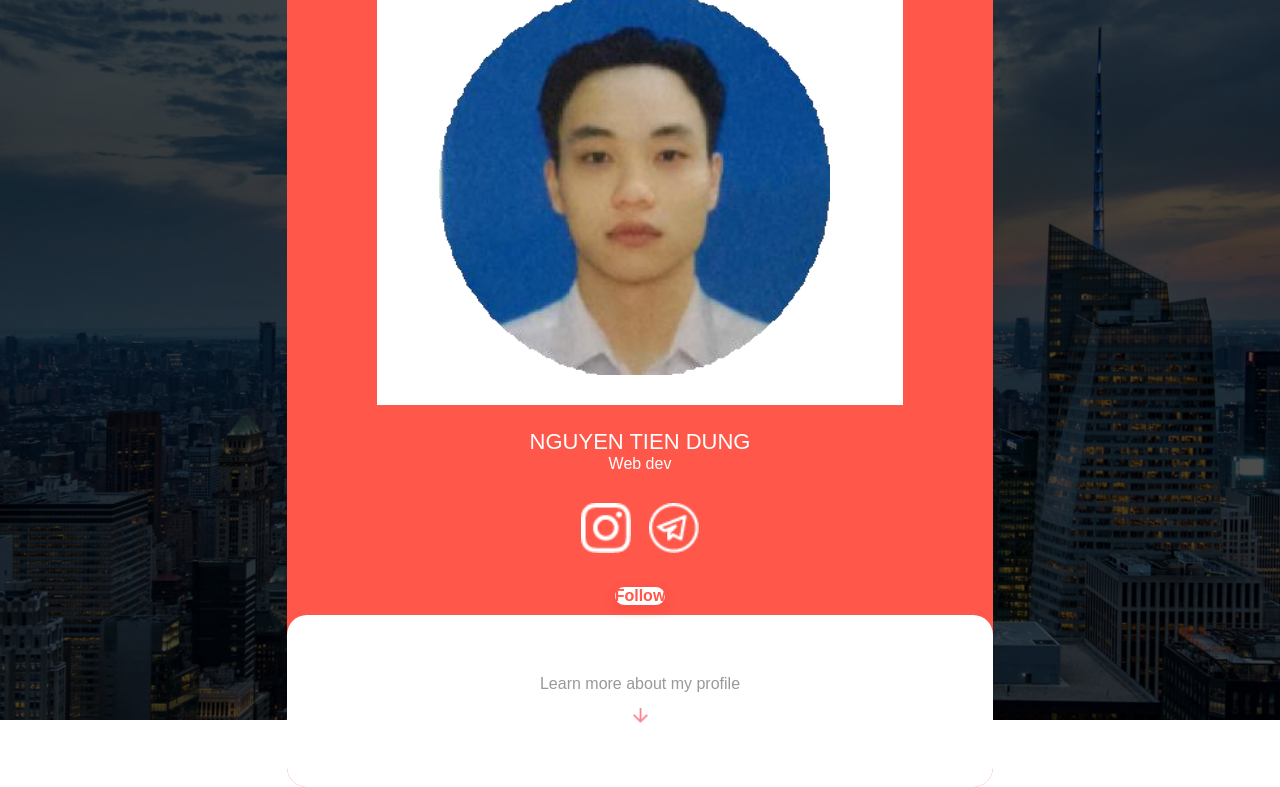
Repository: linhvuong864/profile
Page: Nguyen Tien Dung/index.html
The author's editor kept a copy of each file at every save. The page is drawn from the files as they stood at one save, then again after the next save.
The browser window is 1280 px wide. The pictures show the whole page.

Above is the page before, as saved 2023-02-27 23:46:22.

### Nguyen Tien Dung/index.html
<!DOCTYPE html>
<html lang="en">
  <head>
    <meta charset="UTF-8" />
    <meta http-equiv="X-UA-Compatible" content="IE=edge" />
    <meta name="viewport" content="width=device-width, initial-scale=1.0" />
    <title>Profile: Nguyen Tien Dung</title>
    <link rel="stylesheet" href="style.css" />
  </head>
  <body>
    <div class="container">
      <div class="profile-box">
        <img src="images/menu.png" class="menu-icon" />
        <img src="images/setting.png" class="setting-icon" />
        <img src="images/profile-pic.png" class="profile-pic" />
        <h3>NGUYEN TIEN DUNG</h3>
        <p>Web dev</p>
        <div class="social-media">
          <img src="images/instagram.png" />
          <img src="images/telegram.png" />
        </div>
        <button type="button">Follow</button>
        <div class="profile-bottom">
          <p>Learn more about my profile</p>
          <img src="images/arrow.png" alt="" />
        </div>
      </div>
    </div>
  </body>
</html>

### Nguyen Tien Dung/style.css
* {
  margin: 0;
  padding: 0;
  box-sizing: border-box;
  font-family: "poppins", sans-serif;
}
.container {
  width: 100%;
  height: 100vh;
  background-image: url(images/background.png);
  background-size: cover;
  background-position: center;
  display: flex;
  align-items: center;
  justify-content: center;
}
.profile-box {
  background: #ff574a;
  text-align: center;
  padding: 40px 90px;
  color: #fff;
  position: relative;
  border-radius: 20px;
}
.menu-icon {
  width: 25px;
  position: absolute;
  left: 40px;
  top: 40px;
}
.setting-icon {
  width: 25px;
  position: absolute;
  right: 40px;
  top: 40px;
}

.profile-bottom {
  background-color: #fff;
  color: #999;
  padding: 60px 0;
  margin-left: -90px;
  margin-right: -90px;
  margin-bottom: -40px;
  border-radius: 20px;
  margin-top: 10px;
}

.profile-bottom img {
  width: 15px;
  margin-top: 15px;
  cursor: pointer;
}
.profile-box button {
  background: #fff;
  color: #ff574a;
  border: none;
  outline: none;
  box-shadow: 0 5px 10px rgb(244, 67, 54, 0.5);
  border-radius: 10px;
  margin-bottom: -50px;
  font-weight: 600;
  font-size: 16px;
}
.profile-box h3 {
  font-size: 22px;
  margin-top: 20px;
  font-weight: 500;
}
.social-media img {
  height: 50;
  width: 50px;
  margin: 30px 7px;
  cursor: pointer;
}

After the next save:
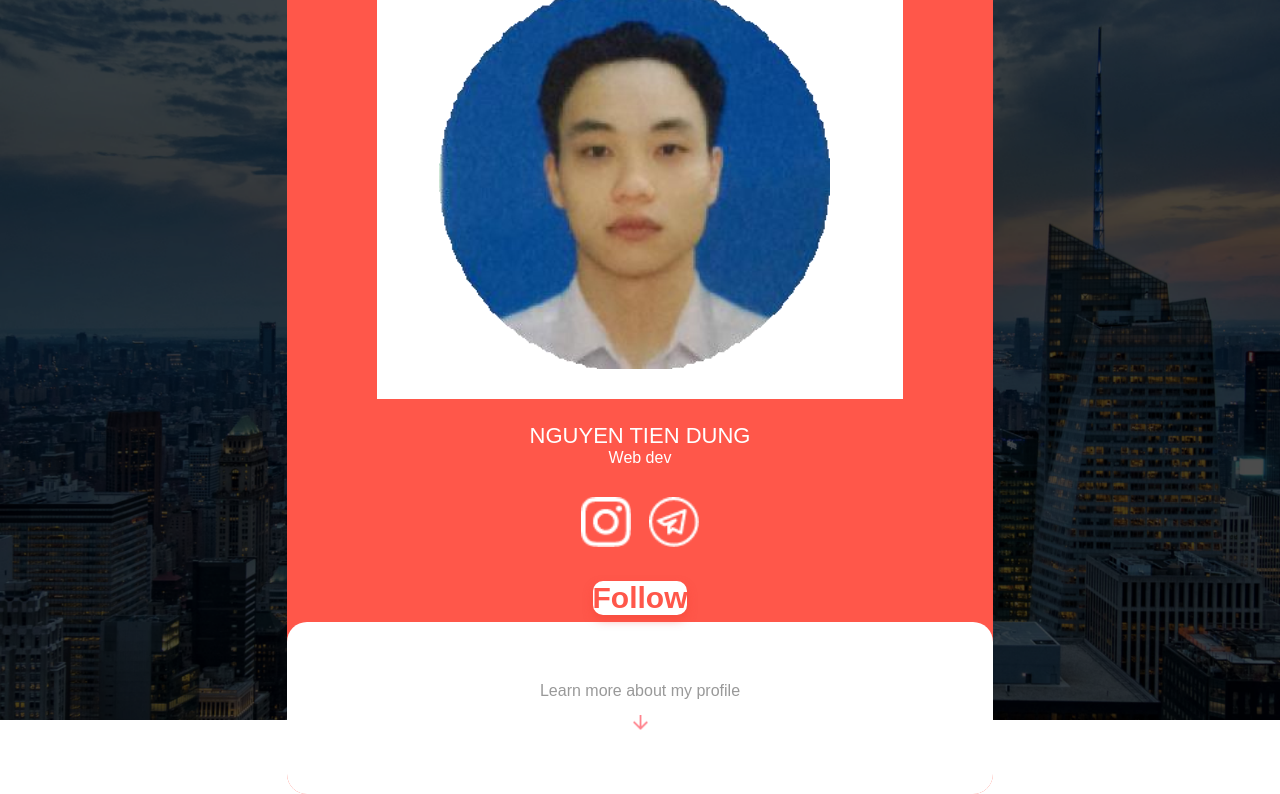
Saved 5 s later.
--- a/Nguyen Tien Dung/style.css
+++ b/Nguyen Tien Dung/style.css
@@ -60,7 +60,7 @@
   border-radius: 10px;
   margin-bottom: -50px;
   font-weight: 600;
-  font-size: 16px;
+  font-size: 30px;
 }
 .profile-box h3 {
   font-size: 22px;
